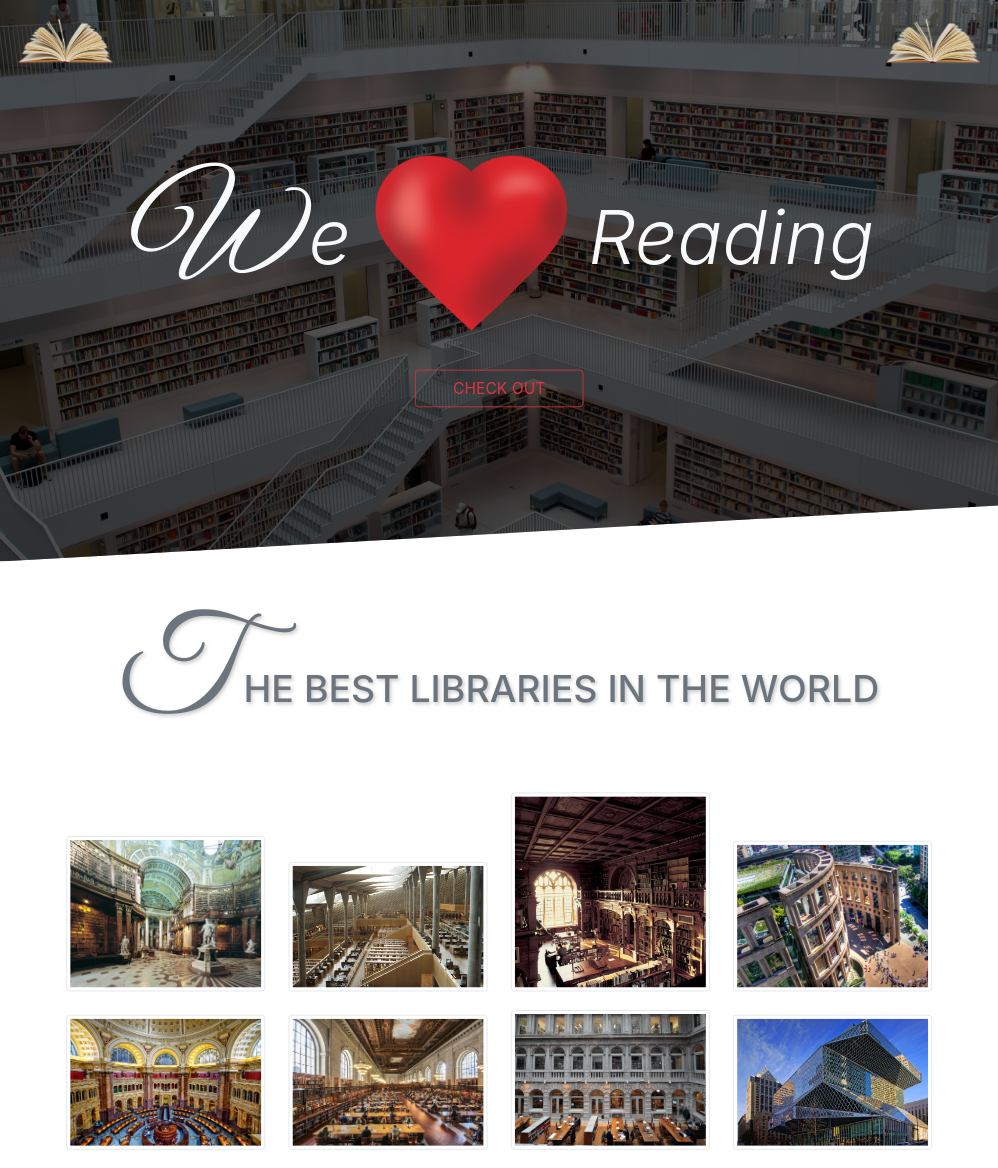
Repository: imedakrouti/BookStore
Page: index.html
The author's editor kept a copy of each file at every save. The page is drawn from the files as they stood at one save, then again after the next save.
The browser window is 1280 px wide. The pictures show the whole page, at 78% of full size.
Backgrounds fixed to the window are drawn as part of the page. Some web libraries are served in a nearby version.

Above is the page before, as saved 2020-05-06 14:49:01.

### index.html
<!DOCTYPE html>
<html lang="en">
<head>
    <meta charset="UTF-8">
    <!-- meta view-port responsive design -->
    <meta name="viewport" content="width=device-width, initial-scale=1.0">
    <!-- Favicon -->
    <link rel="shortcut icon" href="images/img/title-img.png" type="image/x-icon">
    <!-- Fontawsome -->
    <link rel="stylesheet" href="https://use.fontawesome.com/releases/v5.0.10/css/all.css" integrity="sha384-+d0P83n9kaQMCwj8F4RJB66tzIwOKmrdb46+porD/OvrJ+37WqIM7UoBtwHO6Nlg" crossorigin="anonymous">
    <!-- Css Bootstrap -->
    <link rel="stylesheet" href="pluguin/bootstrap/css/bootstrap.min.css">
    <!-- Css lightbox -->
    <link rel="stylesheet" href="pluguin/lighbox/css/lightbox.min.css">
    <!-- Css style -->
    <link rel="stylesheet" href="styles/styles.css">
    <title>Books Site</title>
</head>
<body>
    <!-- Header -->
    <header class="d-flex align-items-center">
        <div class="align-self-start position-absolute w-100">
          <a href="#">
            <img src="images/img/book.png" width="120" class="img-fluid m-4">
          </a>
          <div href="#"class="float-right">
            <img src="images/img/book.png" width="120" class="img-fluid m-4">
          </div>
        </div>
        <div class="container">
          <div class="row">
            <div class="col text-center">
              <h1 class="text-light display-1 font-italic mb-5 banner-heading">We <img src="images/img/heart.png" width="250" class="img-fluid"> Reading</h1>
              <a href="#" class="btn btn-lg btn-outline-danger text-uppercase px-5">Check Out</a>
            </div>
          </div>
        </div>
      </header>
    <!-- End Of Header -->
    <!-- Gallery -->
    <section class="gallery" >
        <div class="container">
            <!-- TITLE -->
            <div class="row">
                <div class="col text-center p-5">
                    <h1 class="text-uppercase font-itaclic text-secondary gallerie-title">THE BEST LIBRARIES IN THE WORLD</h1>
                </div>
            </div>
            <!-- End Of Title -->
            <!-- first Row Gallery -->
            <div class="row mb-4 first-row align-items-end">
                <div class="col-lg-3 col-sm-6 col-10 mx-auto">
                  <a href="images/img/libraries/library1.jpg" data-lightbox="library" data-title="Clementinum, Prague">
                    <img src="images/img/libraries/library1.jpg" class="img-thumbnail gallery-img">
                  </a>
                </div>
                <div class="col-lg-3 col-sm-6 col-10 mx-auto">
                  <a href="images/img/libraries/library2.jpg" data-lightbox="library" data-title="Bibliotheca Alexandrina, Alexandria, Egypt">
                    <img src="images/img/libraries/library2.jpg" class="img-thumbnail gallery-img">
                  </a>
                </div>
                <div class="col-lg-3 col-sm-6 col-10 mx-auto">
                  <a href="images/img/libraries/library3.jpg" data-lightbox="library" data-title="Trinity College Old Library, Dublin">
                    <img src="images/img/libraries/library3.jpg" class="img-thumbnail gallery-img">
                  </a>
                </div>
                <div class="col-lg-3 col-sm-6 col-10 mx-auto">
                  <a href="images/img/libraries/library4.jpg" data-lightbox="library" data-title="Central Library of Vancouver, Canada">
                    <img src="images/img/libraries/library4.jpg" class="img-thumbnail gallery-img">
                  </a>
                </div>
              </div>
            <!-- End First Row -->
            <!-- Second Row -->
            <div class="row mb-4 second-row align-items-end">
                <div class="col-lg-3 col-sm-6 col-10 mx-auto">
                  <a href="images/img/libraries/library5.jpg" data-lightbox="library" data-title="Library of Congress, Washington, D.C.">
                    <img src="images/img/libraries/library5.jpg" class="img-thumbnail gallery-img">
                  </a>
                </div>
                <div class="col-lg-3 col-sm-6 col-10 mx-auto">
                  <a href="images/img/libraries/library6.jpg" data-lightbox="library" data-title="New York Public Library (Stephen A. Schwarzman Building)">
                    <img src="images/img/libraries/library6.jpg" class="img-thumbnail gallery-img">
                  </a>
                </div>
                <div class="col-lg-3 col-sm-6 col-10 mx-auto">
                  <a href="images/img/libraries/library7.jpg" data-lightbox="library" data-title="Marciana Library, Venice">
                    <img src="images/img/libraries/library7.jpg" class="img-thumbnail gallery-img">
                  </a>
                </div>
                <div class="col-lg-3 col-sm-6 col-10 mx-auto">
                  <a href="images/img/libraries/library8.jpg" data-lightbox="library" data-title="Seattle Public Library’s Central Library">
                    <img src="images/img/libraries/library8.jpg" class="img-thumbnail gallery-img">
                  </a>
                </div>
              </div>
            <!-- End Second Row -->
            </div>
    </section>
    <!-- End Of Gallery -->
<!-- Jquery -->
<script src="pluguin/jquery-3.3.1.min.js"></script>
<!-- Popper js -->
<script src="pluguin/popper.js"></script>
<!-- Bootstrap js  -->
<script src="pluguin/bootstrap/js/bootstrap.min.js"></script>
<!-- Lightbox -->
<script src="pluguin/lighbox/js/lightbox.min.js"></script>
<!-- Own js file -->
<script src="js/script.js"></script>
</body>
</html>

### styles/styles.css
@import url('https://fonts.googleapis.com/css?family=Great+Vibes&display=swap');

*{
    margin: 0;
    padding: 0;
    box-sizing:border-box;
}
body{
    /* font-family: 'Great Vibes', cursive; */
}
a:hover{
    text-decoration: none;
}
/*Header*/
header{
    height: 100vh;
    background:linear-gradient(rgba(0,0,0,0.6),rgba(0,0,0,0.7)),url('../images/img/header-bg.jpeg')no-repeat fixed center /cover;
    clip-path: polygon(0 0, 100% 0, 100% 90%, 0 100%);

}
.banner-heading::first-letter{
    font-family: 'Great Vibes', cursive;
    font-size: 10rem;
    /* letter-spacing: 12px; */
    margin-right: 20px;
}
@keyframes heart{
    0%{
        transform: scale(1);
        -webkit-transform: scale(1);
        -moz-transform: scale(1);
        -ms-transform: scale(1);
        -o-transform: scale(1);
}
    40%{
        transform: scale(1.1);
        -webkit-transform: scale(1.1);
        -moz-transform: scale(1.1);
        -ms-transform: scale(1.1);
        -o-transform: scale(1.1);
}
    60%{
        transform: scale(1.05);
        -webkit-transform: scale(1.05);
        -moz-transform: scale(1.05);
        -ms-transform: scale(1.05);
        -o-transform: scale(1.05);
}
    80%{
        transform: scale(1.1);
        -webkit-transform: scale(1.1);
        -moz-transform: scale(1.1);
        -ms-transform: scale(1.1);
        -o-transform: scale(1.1);
}
    80%{
        transform: scale(1);
        -webkit-transform: scale(1);
        -moz-transform: scale(1);
        -ms-transform: scale(1);
        -o-transform: scale(1);
}
}
.banner-heading img{
    animation: heart 2s infinite;
    -webkit-animation: heart 2s infinite;
}
.bouton{
    background:transparent;
    border:1px solid red;
    color:#eee;
}
.bouton:hover{
    background:red;

    color:#eee;
}
/*End Of Header*/

/* Gallery*/
.gallerie-title{
display: inline-block;
font-size: 3rem;
font-weight: 500;
text-shadow: 2px 2px 5px #aaaa;
}
.gallerie-title::first-letter{
    font-family: 'Great Vibes', cursive;
    font-size: 10rem;
    margin-right: 10px;
}
.gallerie-title:hover{
    transform: translate(-5px,-3px);
    text-shadow: 2px 5px 20px #aaa;
    -webkit-transform: translate(-5px,-3px);
    -moz-transform: translate(-5px,-3px);
    -ms-transform: translate(-5px,-3px);
    -o-transform: translate(-5px,-3px);
}


/* End Of Gallery*/

### js/script.js
$(document).ready(function(){
    lightbox.option({
        'wrapAround': true
      });
});

Loaded but not shown: pluguin/bootstrap/css/bootstrap.min.css (library); pluguin/lighbox/css/lightbox.min.css (common file); pluguin/jquery-3.3.1.min.js (library); pluguin/popper.js (library); pluguin/bootstrap/js/bootstrap.min.js (library); pluguin/lighbox/js/lightbox.min.js (library)

After the next save:
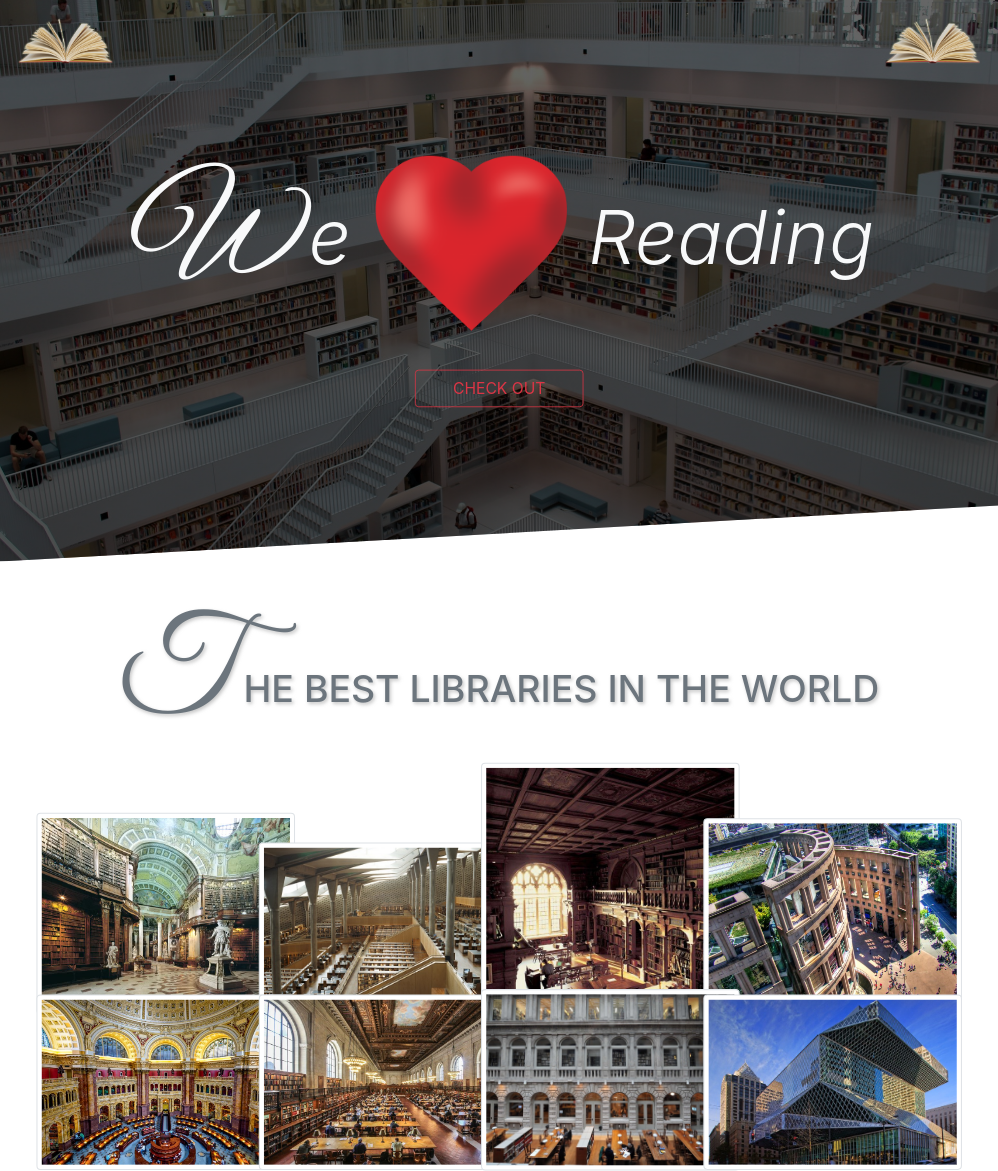
Saved 78 s later.
--- a/styles/styles.css
+++ b/styles/styles.css
@@ -97,6 +97,12 @@ text-shadow: 2px 2px 5px #aaaa;
     -ms-transform: translate(-5px,-3px);
     -o-transform: translate(-5px,-3px);
 }
-
+.gallery-img{
+    transform: scale(1.3);
+    -webkit-transform: scale(1.3);
+    -moz-transform: scale(1.3);
+    -ms-transform: scale(1.3);
+    -o-transform: scale(1.3);
+}
 
 /* End Of Gallery*/

After the save that followed:
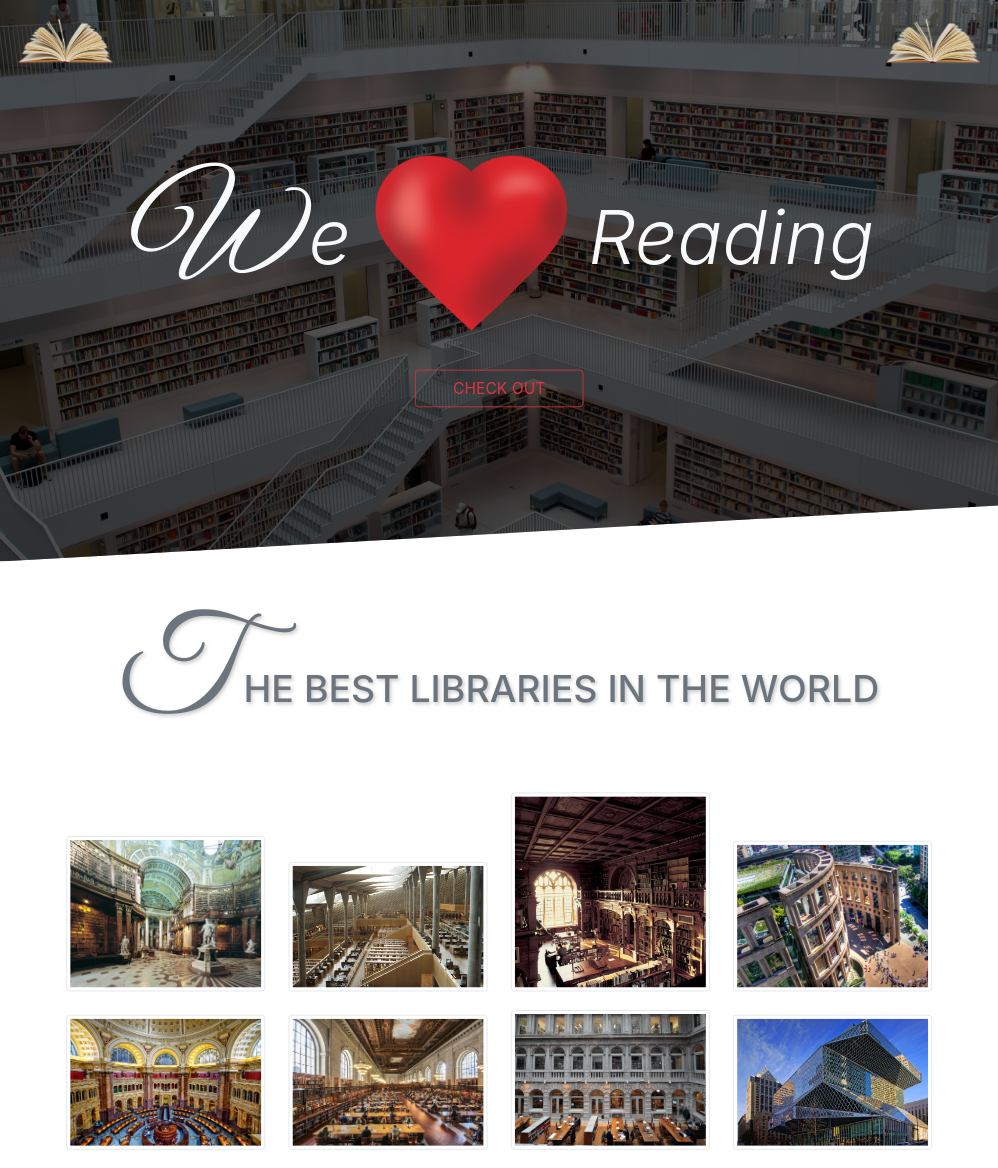
Saved 15 s later.
--- a/styles/styles.css
+++ b/styles/styles.css
@@ -97,7 +97,7 @@ text-shadow: 2px 2px 5px #aaaa;
     -ms-transform: translate(-5px,-3px);
     -o-transform: translate(-5px,-3px);
 }
-.gallery-img{
+.gallery-img:hover{
     transform: scale(1.3);
     -webkit-transform: scale(1.3);
     -moz-transform: scale(1.3);
